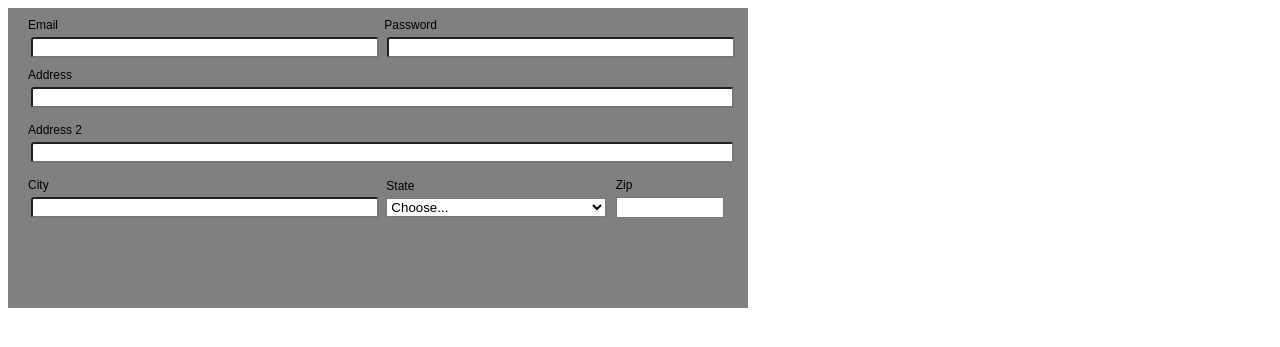
Repository: LongNguyen2504/T3H-FrondEnd
Page: Lesson3_CSS_HomeWork2.html
These files come from the project's save history. The page is drawn as it stood at one moment and after the next save; the edit follows.
The browser window is 1280 px wide. The pictures show the whole page.

Above is the page before, as saved 2021-12-01 20:16:37.

After the next save:
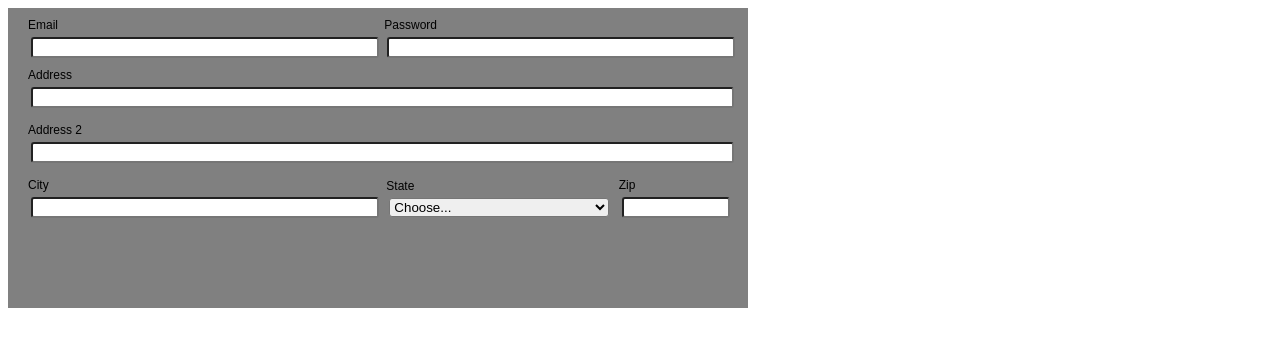
Saved 13 s later.
--- a/Lesson3_CSS_HomeWork2.css
+++ b/Lesson3_CSS_HomeWork2.css
@@ -76,8 +76,12 @@
 }
 div.state-div #input-state{
     width: 220px;
+    margin-left: 3px;
+    border-radius: 3px;
 
 }
 div.zip-div #input-zip{
     width: 100px;
+    margin-left: 3px;
+    border-radius: 3px;
 }
